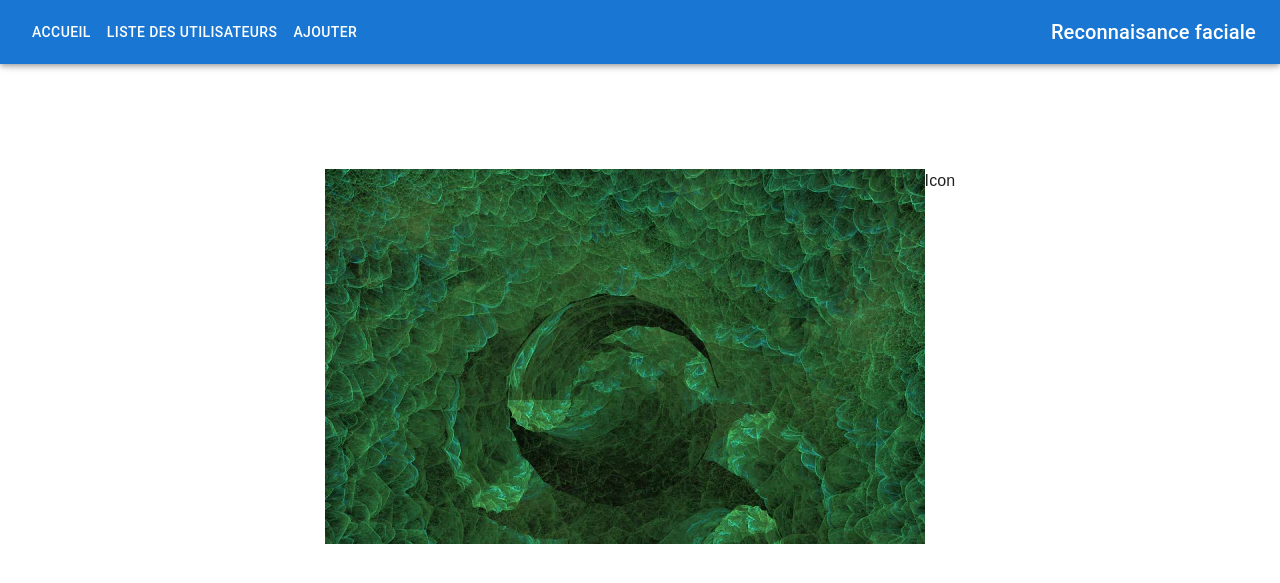
Repository: azizdeghais/Face-recognition-Platform
Page: / (app in front-end/)
The author's editor kept a copy of each file at every save. The page is drawn from the files as they stood at one save, then again after the next save.
The browser window is 1280 px wide. The pictures show the whole page.
The project was rebuilt for these pictures with package versions that can differ from the ones it lists, and the page was loaded fresh each time. Also part of the build but not shown: front-end/vite.config.js, front-end/src/Home/Home.css, front-end/src/Ajouter/Ajouter.jsx, front-end/src/Liste/Liste.jsx, front-end/src/Modifier/Modifier.jsx, front-end/src/RequireAuth/RequireAuth.jsx, front-end/src/Login/Login.jsx.

Above is the page before, as saved 2023-06-02 19:59:08.

### front-end/src/main.jsx
import React from 'react'
import ReactDOM from 'react-dom/client'
import App from './App.jsx'
import './index.css'
import { BrowserRouter } from "react-router-dom";

ReactDOM.createRoot(document.getElementById('root')).render(
  <BrowserRouter>
    <App />
  </BrowserRouter>
)

### front-end/src/App.jsx
import './App.css'
import React from 'react';
import { Route, Routes } from "react-router-dom";
import Home from './Home/Home';
import Ajouter from './Ajouter/Ajouter';
import Navbar from './Navbar/Navbar';
import Liste from './Liste/Liste';
import Modifier from './Modifier/Modifier';
import RequireAuth from './RequireAuth/RequireAuth';
import Login from './Login/Login';
import { AuthProvider } from './Auth/Auth';
function App() {

  return (
    <AuthProvider>
      <Navbar/>
      <Routes>
        <Route path='/login' element={<Login/>} />
        <Route path='/' element={<Home />} />
        <Route path='/ajouter' element={<RequireAuth><Ajouter/></RequireAuth>} />
        <Route path='/liste' element={<RequireAuth><Liste /></RequireAuth>} />
        <Route path='/:id' element={<RequireAuth><Modifier /></RequireAuth>} />
      </Routes>
    </AuthProvider>
  )
}

export default App

### front-end/src/Home/Home.jsx
import './Home.css';
import { Grid } from '@mui/material';
function Home() {


  return (

    <div>

    <Grid container>
  <Grid item xs={9}>
    <img src={'../../public/home3.jpg'}/>
  </Grid>
  <Grid item xs={4}>
    Icon
  </Grid>
</Grid>

  </div>

  )

}

export default Home

### front-end/src/Navbar/Navbar.jsx
import * as React from 'react';
import PropTypes from 'prop-types';
import AppBar from '@mui/material/AppBar';
import Box from '@mui/material/Box';
import CssBaseline from '@mui/material/CssBaseline';
import Divider from '@mui/material/Divider';
import Drawer from '@mui/material/Drawer';
import IconButton from '@mui/material/IconButton';
import List from '@mui/material/List';
import ListItem from '@mui/material/ListItem';
import ListItemButton from '@mui/material/ListItemButton';
import ListItemText from '@mui/material/ListItemText';
import MenuIcon from '@mui/icons-material/Menu';
import Toolbar from '@mui/material/Toolbar';
import Typography from '@mui/material/Typography';
import Button from '@mui/material/Button';
import {Link} from 'react-router-dom'
const drawerWidth = 240;
const navItems = ['Accueil','Liste des utilisateurs', 'Ajouter', ];



function DrawerAppBar(props) {
  const { window } = props;
  const [mobileOpen, setMobileOpen] = React.useState(false);

  const handleDrawerToggle = () => {
    setMobileOpen((prevState) => !prevState);
  };

  const drawer = (
    <Box onClick={handleDrawerToggle} sx={{ textAlign: 'center' }}>
      <Typography variant="h6" sx={{ my: 2 }}>
        Reconnaissance faciale
      </Typography>
      <Divider />
      <List>
       <ListItem disablePadding>
        <ListItemButton sx={{ textAlign:'center'}}>
            <ListItemText primary={navItems[0]}/>
        </ListItemButton>
       </ListItem>
       <ListItem disablePadding>
        <ListItemButton sx={{ textAlign:'center'}}>
            <ListItemText primary={navItems[1]}/>
        </ListItemButton>
       </ListItem>
       <ListItem disablePadding>
        <ListItemButton sx={{ textAlign:'center'}}>
            <ListItemText primary={navItems[2]}/>
        </ListItemButton>
       </ListItem>
      </List>
    </Box>
  );

  const container = window !== undefined ? () => window().document.body : undefined;

  return (
    <Box sx={{ display: 'flex' }}>
      <CssBaseline />
      <AppBar component="nav">
        <Toolbar>
          <IconButton
            color="inherit"
            aria-label="open drawer"
            edge="start"
            onClick={handleDrawerToggle}
            sx={{ mr: 2, display: { sm: 'none' } }}
          >
            <MenuIcon />
          </IconButton>
          <Box sx={{ display: { xs: 'none', sm: 'block' } }}>
        <Link to="/">
          <Button sx={{color:'#fff'}}>
            {navItems[0]}
          </Button>
        </Link>
        <Link to="/liste">
          <Button sx={{color:'#fff'}}>
            {navItems[1]}
          </Button>
        </Link>
        <Link to="/ajouter">
          <Button sx={{color:'#fff'}}>
            {navItems[2]}
          </Button>
        </Link>
          </Box>
          <Typography
            variant="h6"
            component="div"
            align='right'
            sx={{ flexGrow: 1, display: { xs: 'none', sm: 'block' } }}
          >
            Reconnaisance faciale
          </Typography>
        </Toolbar>
      </AppBar>

      <Box component="nav">
        <Drawer
          container={container}
          variant="temporary"
          open={mobileOpen}
          onClose={handleDrawerToggle}
          ModalProps={{
            keepMounted: true, // Better open performance on mobile.
          }}
          sx={{
            display: { xs: 'block', sm: 'none' },
            '& .MuiDrawer-paper': { boxSizing: 'border-box', width: drawerWidth },
          }}
        >
          {drawer}
        </Drawer>
      </Box>

    </Box>
  );
}

DrawerAppBar.propTypes = {
  /**
   * Injected by the documentation to work in an iframe.
   * You won't need it on your project.
   */
  window: PropTypes.func,
};

export default DrawerAppBar;

### front-end/src/Auth/Auth.jsx
import {useState, createContext,useContext} from "react";

const AuthContext=createContext(null);


export const AuthProvider = ({children})=>{
 const [user, setUser] = useState(null)

 const login = user =>{
    setUser(user)
 }



 const logout = ()=>{
    setUser(null)
 }

 return <AuthContext.Provider value={{user,login,logout}}>
    {children}
 </AuthContext.Provider>


}

export const useAuth=()=>{
    return useContext(AuthContext)
 }

### front-end/src/Ajouter/Ajouter.css
*{
    margin:0;
    pading:0;
    box-sizing: border-box;
    font-family: 'Fira Sans',sans-serif;
}

.App{
    background-color: #313131;

}

.result{

}
.result.hasPhoto{
    left:0;
}
video,canvas {
    width: 100%;
    max-width: 100%;
    height: auto;
}

Loaded but not shown: front-end/index.html (common file); front-end/src/index.css (common file); front-end/src/App.css (common file)

After the next save:
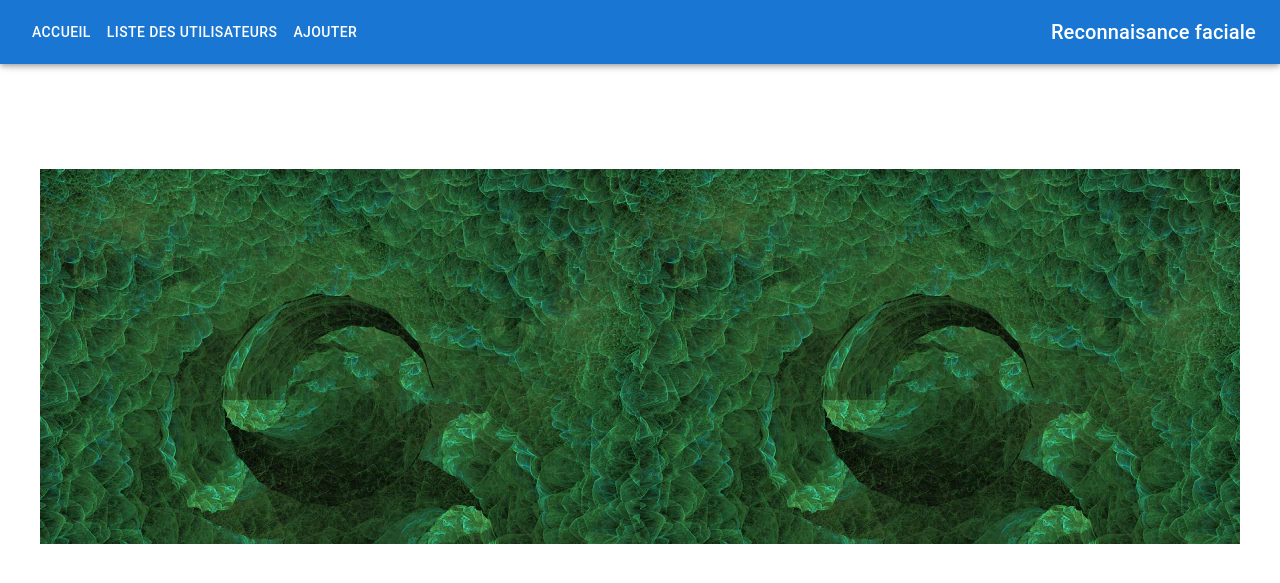
Saved 6 s later.
--- a/front-end/src/Home/Home.jsx
+++ b/front-end/src/Home/Home.jsx
@@ -12,7 +12,8 @@ function Home() {
     <img src={'../../public/home3.jpg'}/>
   </Grid>
   <Grid item xs={4}>
-    Icon
+  <img src={'../../public/home3.jpg'}/>
+
   </Grid>
 </Grid>
 
